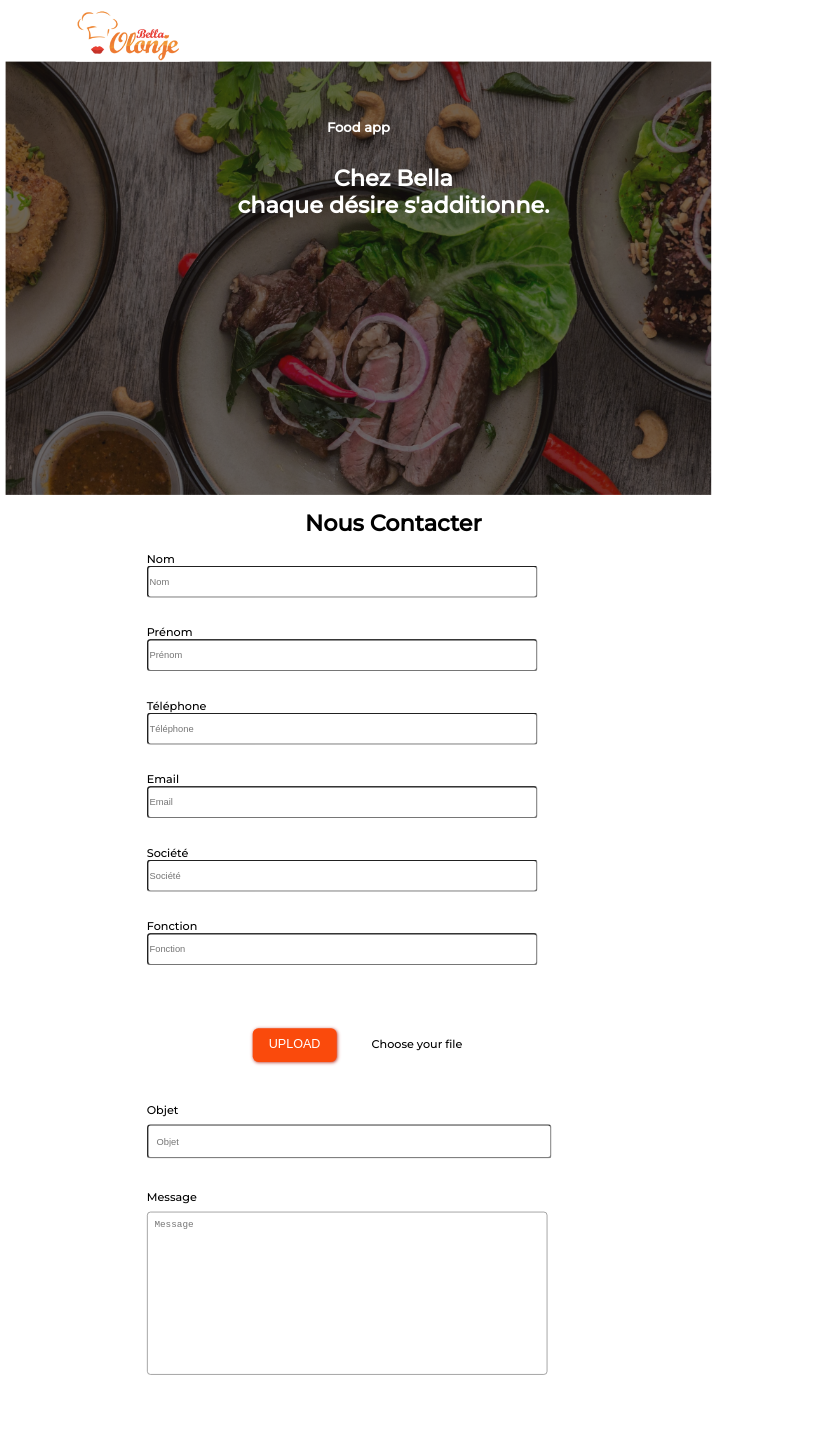
Repository: Ahlam-belhadj/bella-olange
Page: index3.html
These files come from the project's save history. The page is drawn as it stood at one moment and after a run of saves; the edit follows.
The browser window is 1024 px wide. The page is 1166 px wide, so the pictures cover 1166 px, including what lies to the right of the window. The pictures show the part of the page from y = 0 to 2080 px (the page is 2491 px tall), at 70% of full size.
Pictures or frames that could not be fetched are drawn as grey boxes.

Above is the page before, as saved 2023-02-14 15:41:05.

### index3.html
<!DOCTYPE html>
<html lang="en">

<head>
    <meta charset="UTF-8">
    <meta http-equiv="X-UA-Compatible" content="IE=edge">
    <meta name="viewport" content="width=device-width, initial-scale=1.0">
    <link rel="stylesheet" href="style3.css">
    <script src="https://www.google.com/recaptcha/api.js" async defer></script>
    <title>Bella olanje</title>
</head>

<body>
    <header>
        <nav>
            <div class="logo"><img  class="logo" src="image/logo_bella_olonje.png" alt="logo"></div>
            <ul>
                <li><a href="#" class="nav-link">Home</a></li>
                <li><a href="#" class="nav-link">Pizza</a></li>
                <li><a href="#" class="nav-link">Burgers</a></li>
                <li><a href="#" class="nav-link">Salade</a></li>
                <li><a href="#" class="nav-link">Contact</a></li>

            </ul>
            <div class="icon_navbar">
                <label for="click" class="menu-btn">
                  <i class="fas fa-bars"></i>
                </label>
            </div>
          </nav>

        <div class="title">
            <div class="texte">
                <h3>Food app</h3>
                <h1>Chez Bella <br>
                    chaque désire s'additionne.</h1>
            </div>
        </div>
    </header>
    <main>
    <div class="information">
        <form>
            <h1>Nous Contacter</h1>
            <div class="commande">
                <div class="info1">
                    <div class="label">
                        <label>Nom</label>
                        <br>
                        <input type="text" placeholder="Nom">
                    </div>
                    <div class="label">
                        <label>Prénom</label>
                        <br>
                        <input type="text" placeholder="Prénom">
                    </div>
                </div>
                <div class="info2">
                    <div class="label">
                        <label>Téléphone</label>
                        <br>
                        <input type="text" placeholder="Téléphone">
                    </div>
                    <div class="label">
                        <label>Email</label>
                        <br>
                        <input type="email" placeholder="Email">
                    </div>
                </div>
                <div class="info1">
                    <div class="label">
                        <label>Société</label>
                        <br>
                        <input type="text" placeholder="Société">
                    </div>
                    <div class="label">
                        <label>Fonction</label>
                        <br>
                        <input type="email" placeholder="Fonction">
                    </div>
                </div>

            </div>
        </form>
    </div>


    <div class="chose">
        <div class="div_button">
            <button class="button1" type="button">UPLOAD</button>
            <p>Choose your file</p>
        </div>
    </div>

    <div>
        <div class="g-recaptcha" data-sitekey="6Lff4ygkAAAAABA1RWNuq8ewgkRZaDD-yAWqFs1t"></div>
    </div>

    <div class="grp_choose">
        <div class="choose_message">
            <div class="label_choose">
                <label>Objet</label><br>
                <input type="text" placeholder="Objet">
            </div>
            <div class="label_message">
                <label>Message</label><br>
                <textarea placeholder="Message"></textarea>
            </div>
        </div>
    </div>


    <div class="maps">
        <iframe
            src="https://www.google.com/maps/embed?pb=!1m18!1m12!1m3!1d6464.54830951471!2d2.4294808287259815!3d48.785241545980085!2m3!1f0!2f0!3f0!3m2!1i1024!2i768!4f13.1!3m3!1m2!1s0x47e67344bd2d57f1%3A0x2a84a845271b523a!2sAFPA!5e0!3m2!1sfr!2sfr!4v1674668360985!5m2!1sfr!2sfr"
            width="600" height="450" style="border:0;" allowfullscreen="" loading="lazy"
            referrerpolicy="no-referrer-when-downgrade"></iframe>
    </div>


    <div class="button1">
        <button class="button">Envoyer</button>
    </div>
</main>
</body>

</html>

### style3.css
@import url('https://fonts.googleapis.com/css2?family=Montserrat:wght@100;200;500&display=swap');

body {
    font-family: Montserrat, sans-serif;
}


.logo {
    height: 80px;
}

nav {
    display: flex;
    height: 80px;
    width: 100%;
    background: white;
    align-items: center;
    justify-content: space-between;
    padding: 0 50px 0 100px;
    flex-wrap: wrap;
}

nav .logo {
    color: #fff;
    font-size: 20px;
    text-transform: uppercase;
    text-decoration: none;
}

nav a {
    color: #fff;
    text-decoration: none;
}

nav ul {
    display: flex;
    flex-wrap: wrap;
    list-style: none;

}

nav ul li {
    margin: 0 5px;
}

nav ul li a {
    color: black;
    text-decoration: none;
    font-size: 16px;
    font-weight: 500;
    padding: 8px 15px;
    border-radius: 5px;
    letter-spacing: 1px;
    transition: all 0.3s ease;
}

nav .icon_navbar {
    display: flex;
}



nav .menu-btn i {
    color: #050505;
    font-size: 22px;
    cursor: pointer;

}

input[type="checkbox"] {
    display: none;
}

@media (max-width: 1000px) {
    nav {
        padding: 0 40px 0 50px;
    }

    nav .logo {
        color: #fff;
        font-size: 16px;
        text-transform: uppercase;
    }
}

@media (max-width: 1250px) {
    nav .menu-btn i {
        display: block;
    }

    #click:checked~.menu-btn i:before {
        content: "\f00d";
    }

    nav ul {
        position: fixed;
        top: 80px;
        right: -100%;
        background: #C81100;
        height: 100vh;
        width: 60%;
        text-align: center;
        display: block;
        transition: all 0.3s ease;
    }

    #click:checked~ul {
        right: 0;
    }

    nav ul li {
        width: 100%;
        margin: 40px 0;
    }

    nav ul li a {
        width: 100%;
        display: block;
        font-size: 20px;
        transition: 0.6s cubic-bezier(0.68, -0.55, 0.265, 1.55);
    }

    #click:checked~ul li a {
        margin-left: 0px;
    }

    nav ul li a.active,
    nav ul li a:hover {
        background: none;
        color: #1E1E1E;
    }
}

.title {
    background-image: url(image/Rectangle\ 48.png);
    height: 619px;
    background-repeat: no-repeat;
    background-position: center;
    background-size: cover;



}

.texte {
    color: white;
    display: flex;
    align-items: center;
    justify-content: center;
    flex-direction: column;
    text-align: center;
    height: 50%;
}

/* header */

h1 {
    padding-left: 100px;
}


h2 {
    text-align: center;
    padding-bottom: 20px;
}

.info1 {
    display: flex;
    justify-content: space-around;
    padding-right: 100px;
}

.info2 {
    display: flex;
    justify-content: space-around;
    padding-right: 100px;
}

input {
    width: 320px;
    height: 40px;
    border-radius: 5px;
    margin-bottom: 40px;

}


.maps {
    display: flex;

    padding-left: 200px;
}

iframe {
    width: 941px;
    height: 500px;
    left: 100px;
    top: 1875px;

}


/* button */
button {
    border: 0;
    line-height: 2.5;
    width: 120px;
    padding: 0 18px;
    font-size: 18px;
    text-align: center;
    color: #fff;
    border-radius: 20px;
    background-color: #FA4A0C;
    box-shadow: 1px 1px 5px #B73227;


}

.button1 {
    display: flex;
    justify-content: end;
    margin: 50px 0px 35px 100px;
    border-radius: 8px;
}

p {
    margin-top: 63px;
    margin-left: 50px;
}

.btn {
    display: flex;
}


.div_button {
    padding: 50px 0px 35px 100px;
    display: flex;
}

/* button */


.chose {
    display: flex;
}

.grp_choose {
    padding-left: 200px;
}

.label_choose input {
    width: 938px;
    height: 35px;
    margin-bottom: 20px;
    margin-top: 10px;
    padding: 5px 12px;
    color: grey;
    border-radius: 5px;
    border-color: gray;
}

.label_message {
    padding-top: 25px;
}

textarea {
    width: 938px;
    height: 141px;
    margin-bottom: 20px;
    color: grey;
    border-color: gray;
    margin-top: 12px;
    padding: 10px 10px 80px;
    outline: none;
    border-radius: 5px;
    resize: none;
}

.g-recaptcha {
    padding-left: 200px;
    margin-bottom: 60px;
}

@media (max-width:650px) {
    .info1 {
        display: flex;
        flex-direction: column;
        padding-left: 15%;
    }

    .info2 {
        display: flex;
        flex-direction: column;
        padding-left: 15%;
    }
    .chose {

        padding-left: 20%;
      }

    .div_button {
        padding: 0px;
    }

    .g-recaptcha {
        margin-top: 40px;
        padding-left: 20%;
    }

    .grp_choose {
        /* padding-left: 0px; */
        padding-left: 15%;
    }

    .label_choose input {
        width: 300px;
    }

    textarea {
        width: 300px;
    }

    .maps {
        padding-left: 0px;
    }

    iframe {
        width: 400px;
        height: 200px;
        top: 1875px;
        padding-left: 10%;

    }

    .button1 {

        justify-content: center;
        margin: 50px 0px 0px 0px;

      }
}

@media screen and (min-width:651px) and (max-width:1199px) {
   .information
    .info1 {
        display: flex;
        flex-direction: column;
        padding-left: 20%;
    }

    .info2 {
        display: flex;
        flex-direction: column;
        padding-left: 20%;
    }
    .chose {

        padding-left: 35%;
      }

    .div_button {
        padding: 0px;
    }

    .g-recaptcha {
        margin-top: 40px;
        padding-left: 30%;
    }

    .grp_choose {

        padding-left: 20%;
    }

    .label_choose input {

            width: 550px;

    }

    textarea {
        width: 550px;
    }

    .maps {
        padding-left: 0px;
    }

    iframe {
        width: 700px;
        height: 400px;
        top: 1875px;
        padding-left: 15%;

    }

    .button1 {

        justify-content: center;
        margin: 50px 0px 0px 0px;

    }

    h1 {
        text-align: center;
    }

    input {
        width: 550px;
    }


}

After the next 4 saves:
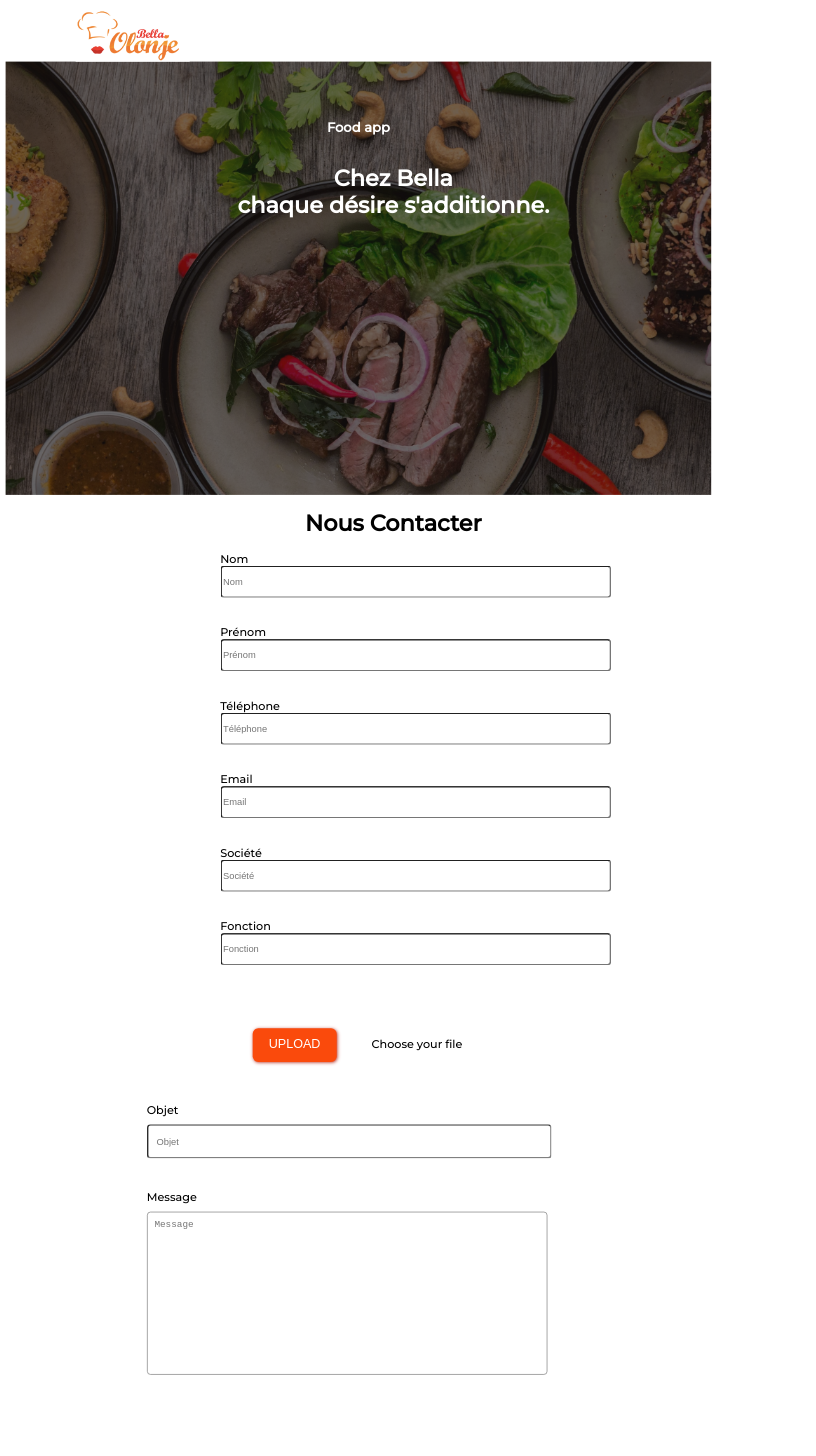
The 4 saves are shown as one change because they came seconds apart.
The last was saved 9 s later.
--- a/style3.css
+++ b/style3.css
@@ -342,7 +342,10 @@ textarea {
 }
 
 @media screen and (min-width:651px) and (max-width:1199px) {
-   .information
+   .information{
+    display: flex;
+    justify-content: center;
+   }
     .info1 {
         display: flex;
         flex-direction: column;
